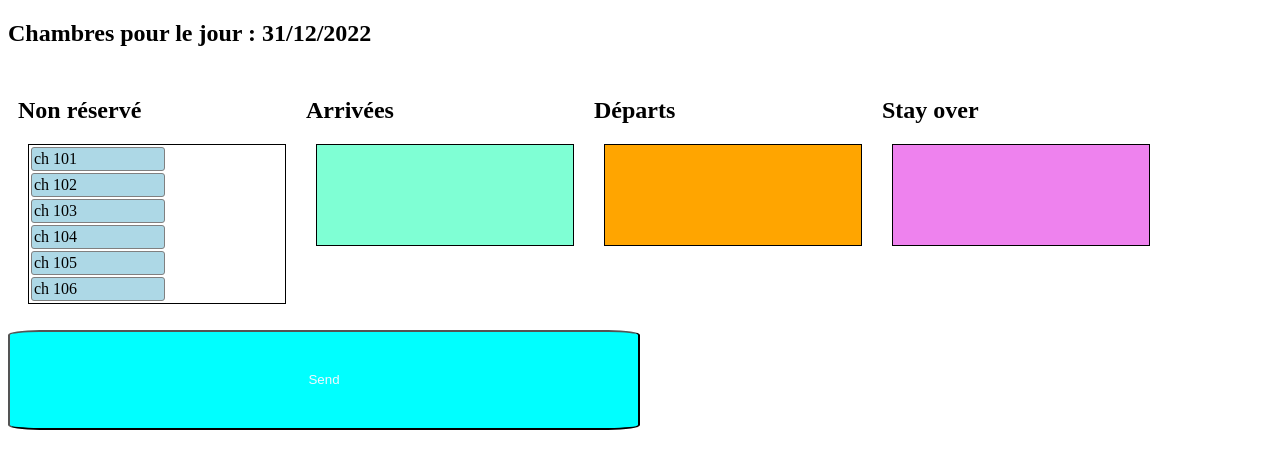
Repository: boschierob/order-app
Page: drag.html
These files come from the project's save history. The page is drawn as it stood at one moment and after the next save; the edit follows.
The browser window is 1280 px wide. The pictures show the whole page.
Some web libraries are served in a nearby version.

Above is the page before, as saved 2023-01-01 00:44:08.

### drag.html
<!DOCTYPE html>
<html lang="en">

<head>
  <meta charset="UTF-8">
  <meta http-equiv="X-UA-Compatible" content="IE=edge">
  <meta name="viewport" content="width=device-width, initial-scale=1.0">
  <link rel="stylesheet" href="http://code.jquery.com/ui/1.9.2/themes/base/jquery-ui.css" />
  <script type="text/javascript" src="http://code.jquery.com/jquery.min.js"></script>
  <script type="text/javascript" src="http://code.jquery.com/ui/1.9.2/jquery-ui.js"></script>
  <script type="text/javascript" src="http://www.pureexample.com/js/lib/jquery.ui.touch-punch.min.js"></script>


  <!-- CSS -->
  <style type="text/css">
    .items-container {
      display: flex;
    }

    .items-container>div {
      margin: 10px;
    }

    .list {
      max-width: 50%;
      background-color: lightblue;
      border: 1px solid gray;
    }

    .items .ui-selected {
      background: red;
      color: white;
      font-weight: bold;
    }

    .items {
      list-style-type: none;
      margin-left: 10px;
      padding: 0;
      width: 20vw;
      border: 1px solid;
      min-height: 100px;
    }

    .g {
      background-color: aquamarine;
    }

    .o {
      background-color: orange;
    }

    .z {
      background-color: violet;
    }

    .items li {
      margin: 2px;
      padding: 2px;
      cursor: pointer;
      border-radius: 3px;
    }

 .highlight {
      border: 2px solid red;
      font-weight: bold;
    }
    .btn-large{
      width:50%;
      height:100px;
      background-color: aqua;
      color:aliceblue;
      border-radius: 5%;
    }
  </style>

  <title>Document</title>
</head>
<!-- HTML -->

<body>
  <h2 id="date"> Chambres pour le jour : <span id="today"></span></h2>

  <div class="items-container">
    <div>
      <h2>Non réservé</h2>
      <ul id="items1" class="items ">

        <li class="list">ch 101</li>
        <li class="list">ch 102</li>
        <li class="list">ch 103</li>
        <li class="list">ch 104</li>
        <li class="list">ch 105</li>
        <li class="list">ch 106</li>
      </ul>
    </div>

    <div>
      <h2>Arrivées</h2>
      <ul id="items2" class="items g">
      </ul>

    </div>

    <div>
      <h2>Départs</h3>
        <ul id="items3" class="items o">


        </ul>

    </div>

    <div>
      <h2>Stay over</h4>
        <ul id="items4" class="items z">


        </ul>
    </div>
  </div>
  <button class="btn-large" onclick="sendData()">Send</button>

  <!-- Javascript -->
<script>
  function sendData(){
    let arrivals = document.getElementById("items2").innerText.split('\n')
    let departures = document.getElementById("items3").innerText.split('\n')
    let so = document.getElementById("items4").innerText.split('\n')
    let data = {
      "arrivals" : arrivals ,
      "departures": departures,
      "so" : so
    }
    fetch('/list', {
  method: 'POST',
  body:JSON.stringify(data),
  headers: {
    'Content-Type': 'application/json'
  }
})
.then(res => res.json())
.then(data => console.log(data));

console.log(JSON.stringify(data))
}

  let ladate = new Date();
  const el = document.querySelector("#today")
  el.innerHTML = ladate.getDate() + "/" + (ladate.getMonth() + 1) + "/" + ladate.getFullYear();

  $(function () {
    $("#items1,#items2,#items3,#items4").sortable({
      connectWith: "#items1,#items2,#items3,#items4",
      start: function (event, ui) {
        ui.item.toggleClass("highlight");
      },
      stop: function (event, ui) {
        ui.item.toggleClass("highlight");
        var element = document.getElementById("items1"); // or any other element
        //console.log(element); // logs the expandable <html>…</html>
        //console.dir(element.innerText); // logs the element’s properties and values
      }
    });
    $("#items1,#items2,#items3,#items4").disableSelection();

  });
</script>
</body>

</html>

After the next save:
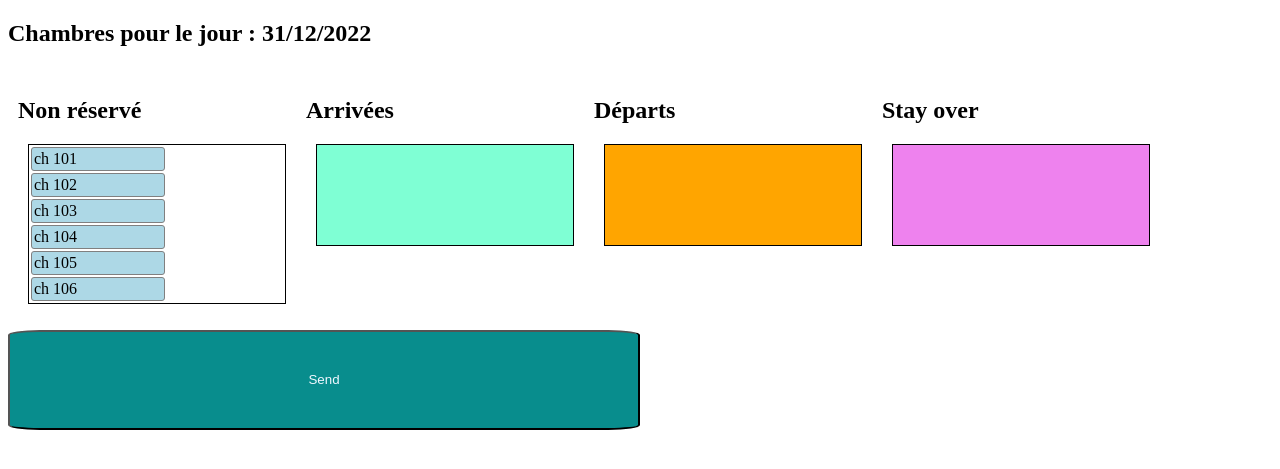
Saved 8 s later.
--- a/drag.html
+++ b/drag.html
@@ -68,7 +68,7 @@
     .btn-large{
       width:50%;
       height:100px;
-      background-color: aqua;
+      background-color: rgb(8, 141, 141);
       color:aliceblue;
       border-radius: 5%;
     }
